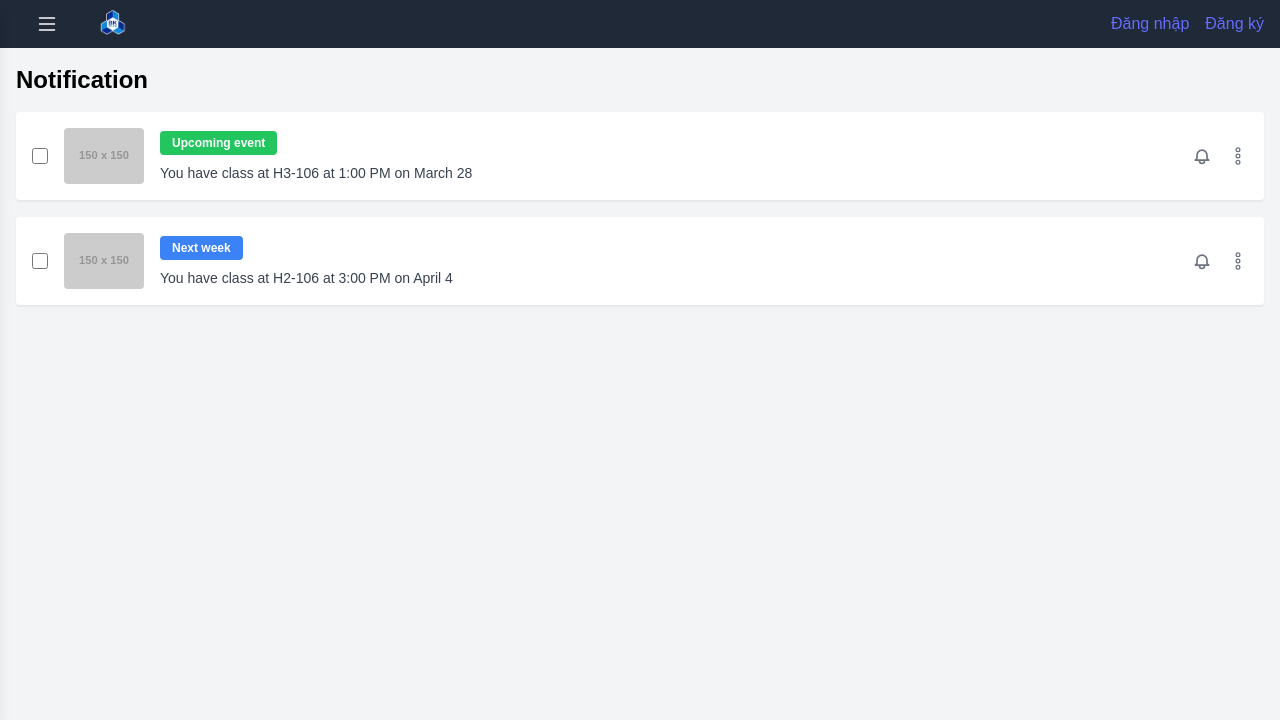
Repository: CNPM-S3MRS/frontend-web
Page: /notification
An editor plug-in stored every save of this project. The page is shown before and after the next save, followed by the edit.
The browser window is 1280 px wide. The pictures show the whole page.
The project was rebuilt for these pictures with package versions that can differ from the ones it lists, and the page was loaded fresh each time. Also part of the build but not shown: vite.config.js, src/pages/auth/Login.jsx.

Above is the page before, as saved 2025-04-09 02:27:24.

After the next save:
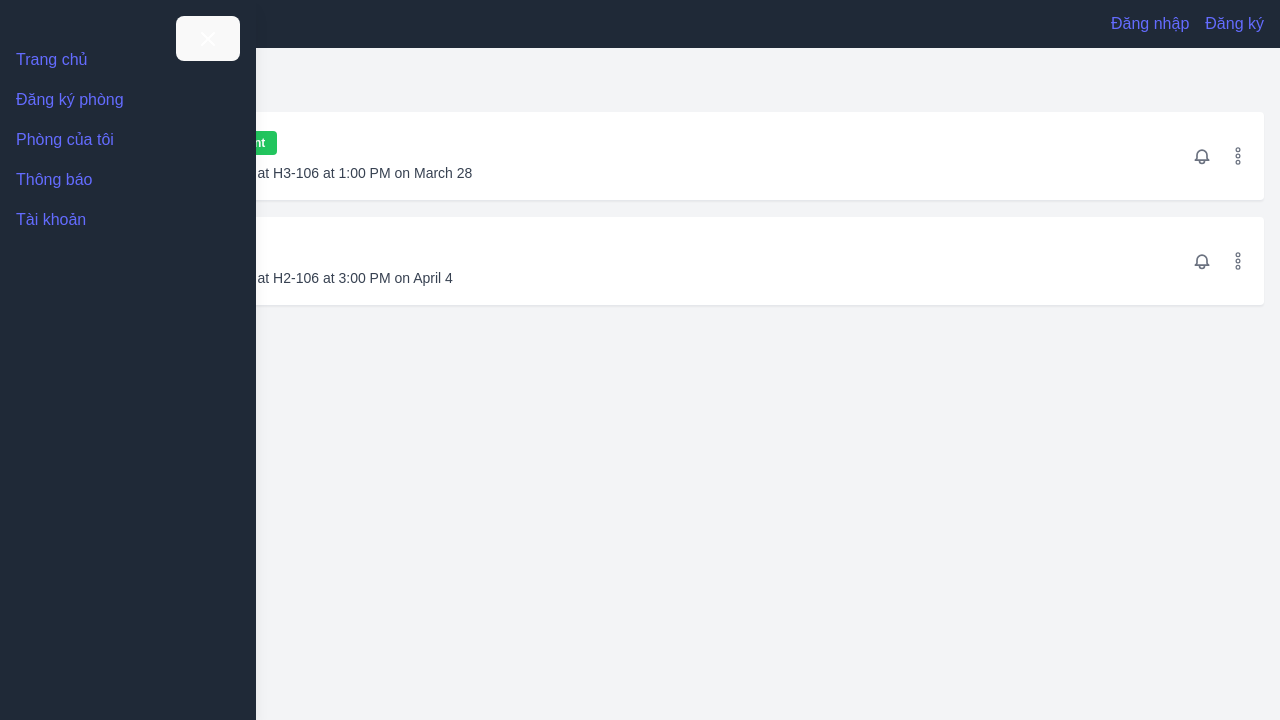
Saved 2 min 37 s later.
--- a/src/pages/notification/notification.jsx
+++ b/src/pages/notification/notification.jsx
@@ -4,7 +4,7 @@
 import Header from "../../components/header/Header";
 
 const Notification = () => {
-  const [isSidebarOpen, setIsSidebarOpen] = useState(false);
+  const [isSidebarOpen, setIsSidebarOpen] = useState(true); // Sidebar is visible by default
 
   return (
     <div className="flex flex-col h-screen">
